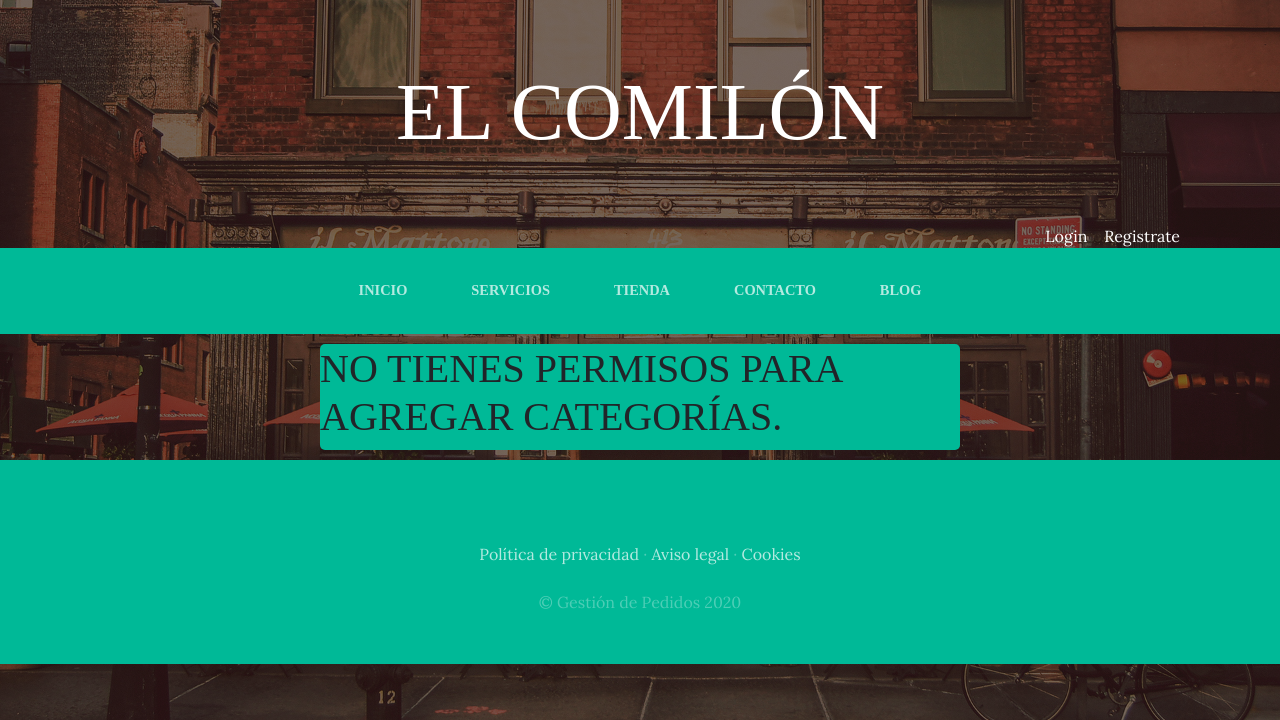
Repository: MatLarrea/Entrega_Elcomilon
Page: http://localhost/tienda/agregar_categoria/
The author's editor kept a copy of each file at every save. The page is drawn from the files as they stood at one save, then again after the next save.
The browser window is 1280 px wide. The pictures show the whole page.
Some web fonts or font styles are not loaded; a fallback is used. The page is served by the project's application, run on Django 5.2 (manage.py).

Above is the page before, as saved 2024-07-11 22:41:12.
Console error: TypeError: Cannot read properties of null (reading 'addEventListener')

After the next save:
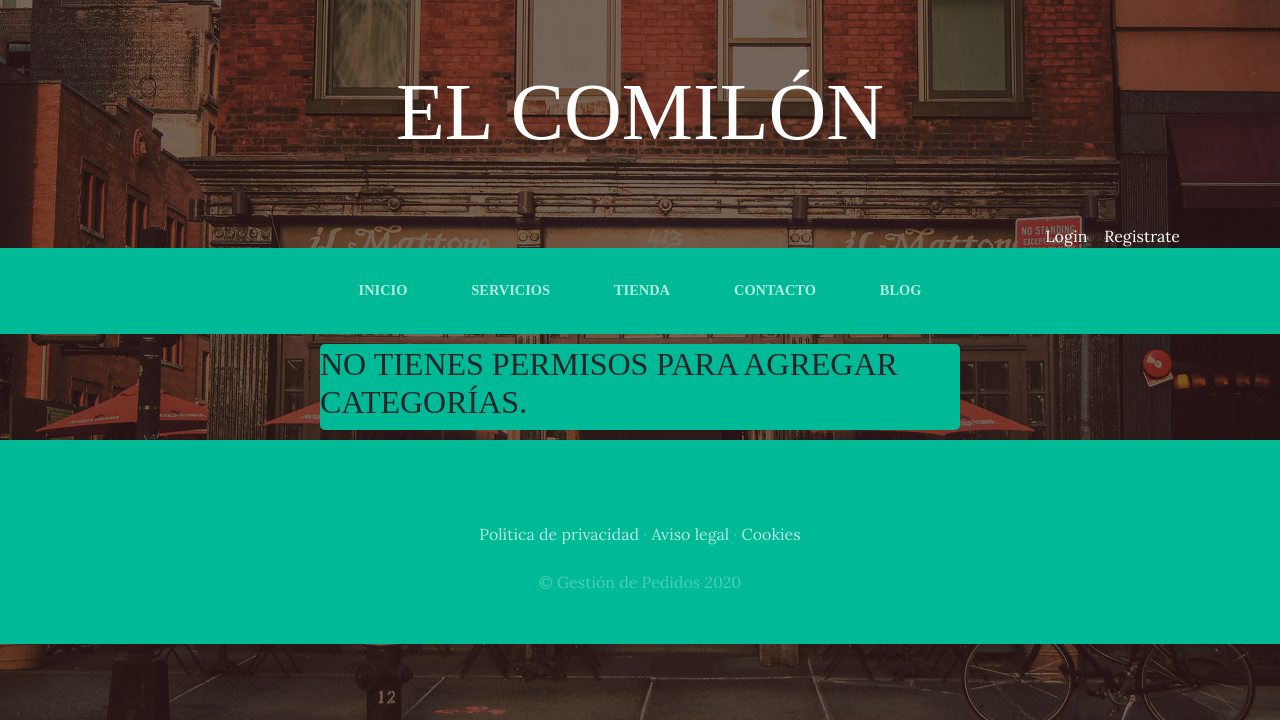
Saved 18 s later.
--- a/TiendaApp/templates/tienda/agregar_categoria.html
+++ b/TiendaApp/templates/tienda/agregar_categoria.html
@@ -33,7 +33,7 @@
 </div>
 {% else %}
 <div class="formularioContacto">
-    <H1>NO TIENES PERMISOS PARA AGREGAR CATEGORÍAS.</H1>
+    <H2>NO TIENES PERMISOS PARA AGREGAR CATEGORÍAS.</H2>
 </div>
 {% endif %}
 
